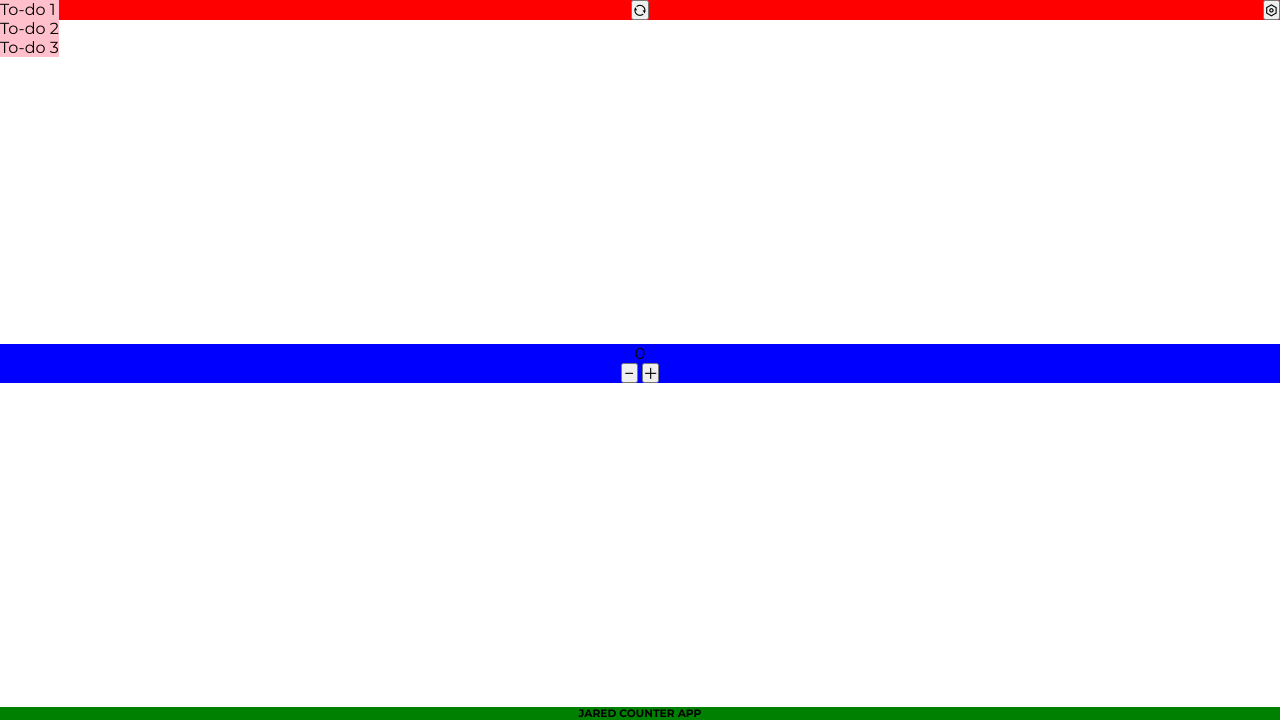
Repository: EguJaredoBoyd/Jared-Counter-App
Page: index.html
These files come from the project's save history. The page is drawn as it stood at one moment and after the next save; the edit follows.
The browser window is 1280 px wide. The pictures show the whole page.
After loading, the first visible `#toggle-button` was clicked once.

Above is the page before, as saved 2025-11-17 22:50:09.

After the next save:
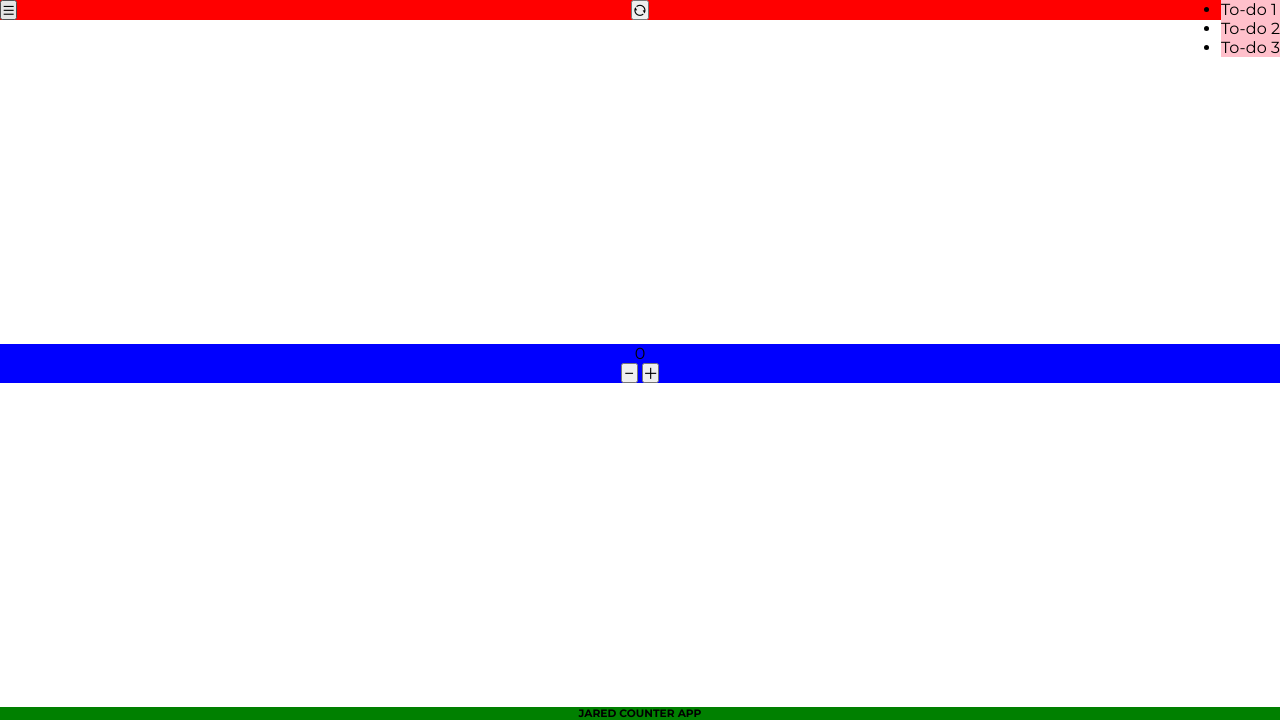
Saved 84 s later.
--- a/style.css
+++ b/style.css
@@ -32,6 +32,8 @@ header {
 .header__button__ul--toggle-list.show {
     display: block;
     position: absolute;
+    top: 0;
+    right: 0
 }
 
 main {
